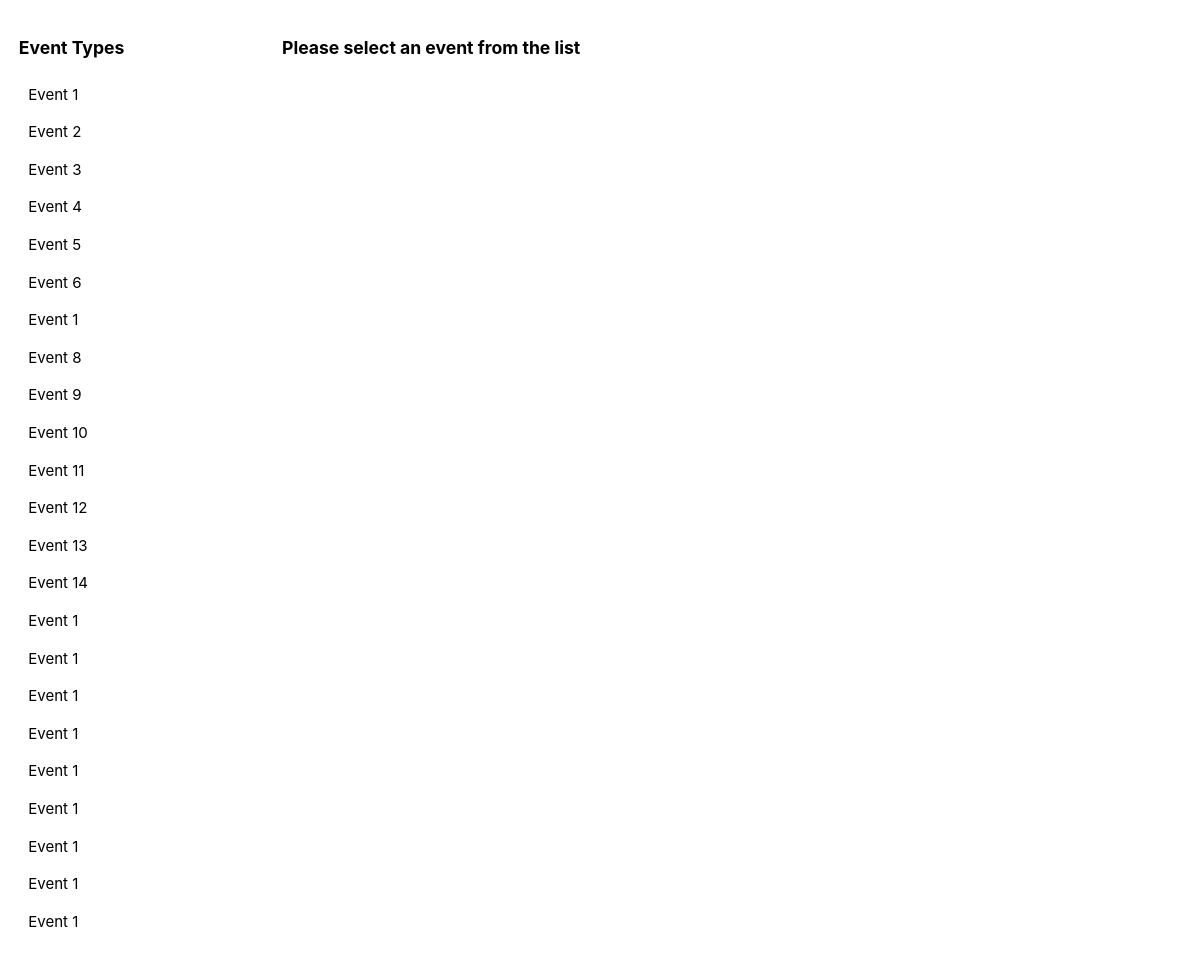
Repository: TauqeerHusain/Assignment
Page: /
These files come from the project's save history. The page is drawn as it stood at one moment and after the next save; the edit follows.
The browser window is 1280 px wide. The pictures show the whole page, at 94% of full size.
The project was rebuilt for these pictures with package versions that can differ from the ones it lists, and the page was loaded fresh each time.

Above is the page before, as saved 2023-02-06 22:09:44.

### src/App.js
import React, { useState } from "react";

const App = () => {
  const [events, setEvents] = useState([
    {
      name: "Event 1",
      date: "01/01/2023",
      location: "New York",
      description: "Description for event 1",
    },
    {
      name: "Event 2",
      date: "02/01/2023",
      location: "Los Angeles",
      description: "Description for event 2",
    },
    {
      name: "Event 3",
      date: "03/01/2023",
      location: "Chicago",
      description: "Description for event 3",
    },
    {
      name: "Event 4",
      date: "04/01/2023",
      location: "Houston",
      description: "Description for event 4",
    },
    {
      name: "Event 5",
      date: "01/02/2023",
      location: "India",
      description: "Description for event 5",
    },
    {
      name: "Event 6",
      date: "01/08/2023",
      location: "Pakistan",
      description: "Description for event 6",
    },
    {
      name: "Event 1",
      date: "01/01/2023",
      location: "New York",
      description: "Description for event 7",
    },
    {
      name: "Event 8",
      date: "06/01/2023",
      location: "New York",
      description: "Description for event 8",
    },
    {
      name: "Event 9",
      date: "09/01/2023",
      location: "New York",
      description: "Description for event 9",
    },
    {
      name: "Event 10",
      date: "01/01/2023",
      location: "New York",
      description: "Description for event 10",
    },
    {
      name: "Event 11",
      date: "01/01/2023",
      location: "New York",
      description: "Description for event 11",
    },
    {
      name: "Event 12",
      date: "01/01/2023",
      location: "New York",
      description: "Description for event 12",
    },
    {
      name: "Event 13",
      date: "01/01/2023",
      location: "New York",
      description: "Description for event 13",
    },
    {
      name: "Event 14",
      date: "01/01/2023",
      location: "New York",
      description: "Description for event 14",
    },
    {
      name: "Event 1",
      date: "01/01/2023",
      location: "New York",
      description: "Description for event 1",
    },
    {
      name: "Event 1",
      date: "01/01/2023",
      location: "New York",
      description: "Description for event 1",
    },
    {
      name: "Event 1",
      date: "01/01/2023",
      location: "New York",
      description: "Description for event 1",
    },
    {
      name: "Event 1",
      date: "01/01/2023",
      location: "New York",
      description: "Description for event 1",
    },
    {
      name: "Event 1",
      date: "01/01/2023",
      location: "New York",
      description: "Description for event 1",
    },
    {
      name: "Event 1",
      date: "01/01/2023",
      location: "New York",
      description: "Description for event 1",
    },
    {
      name: "Event 1",
      date: "01/01/2023",
      location: "New York",
      description: "Description for event 1",
    },
    {
      name: "Event 1",
      date: "01/01/2023",
      location: "New York",
      description: "Description for event 1",
    },
    {
      name: "Event 1",
      date: "01/01/2023",
      location: "New York",
      description: "Description for event 1",
    },
  ]);

  const [selectedEvent, setSelectedEvent] = useState(null);

  const closeTab = () => {
    setSelectedEvent(null);
  };

  return (
    <div style={{ display: "flex", justifyContent: "center" }}>
      <div style={{ width: "20%", padding: "20px" }}>
        <h3>Event Types</h3>
        <ul style={{ listStyleType: "none", padding: 0 }}>
          {events.map((event) => (
            <li
              key={event.name}
              style={{ padding: "10px", cursor: "pointer" }}
              onClick={() => setSelectedEvent(event)}
            >
              {event.name}
            </li>
          ))}
        </ul>
      </div>
      <div style={{ width: "80%", padding: "20px" }}>
        {selectedEvent ? (
          <div
            style={{
              display: "flex",
              justifyContent: "space-between",
              alignItems: "center",
            }}
          >
            <h3>{selectedEvent.name}</h3>
            <div onClick={closeTab} style={{ cursor: "pointer" }}>
              x
            </div>
            <p>Date: {selectedEvent.date}</p>
            <p>Location: {selectedEvent.location}</p>
            <p>Description: {selectedEvent.description}</p>
          </div>
        ) : (
          <h3>Please select an event from the list</h3>
        )}
      </div>
    </div>
  );
};

export default App;

Loaded but not shown: public/index.html (common file); src/index.js (common file); src/index.css (common file); src/reportWebVitals.js (common file)

After the next save:
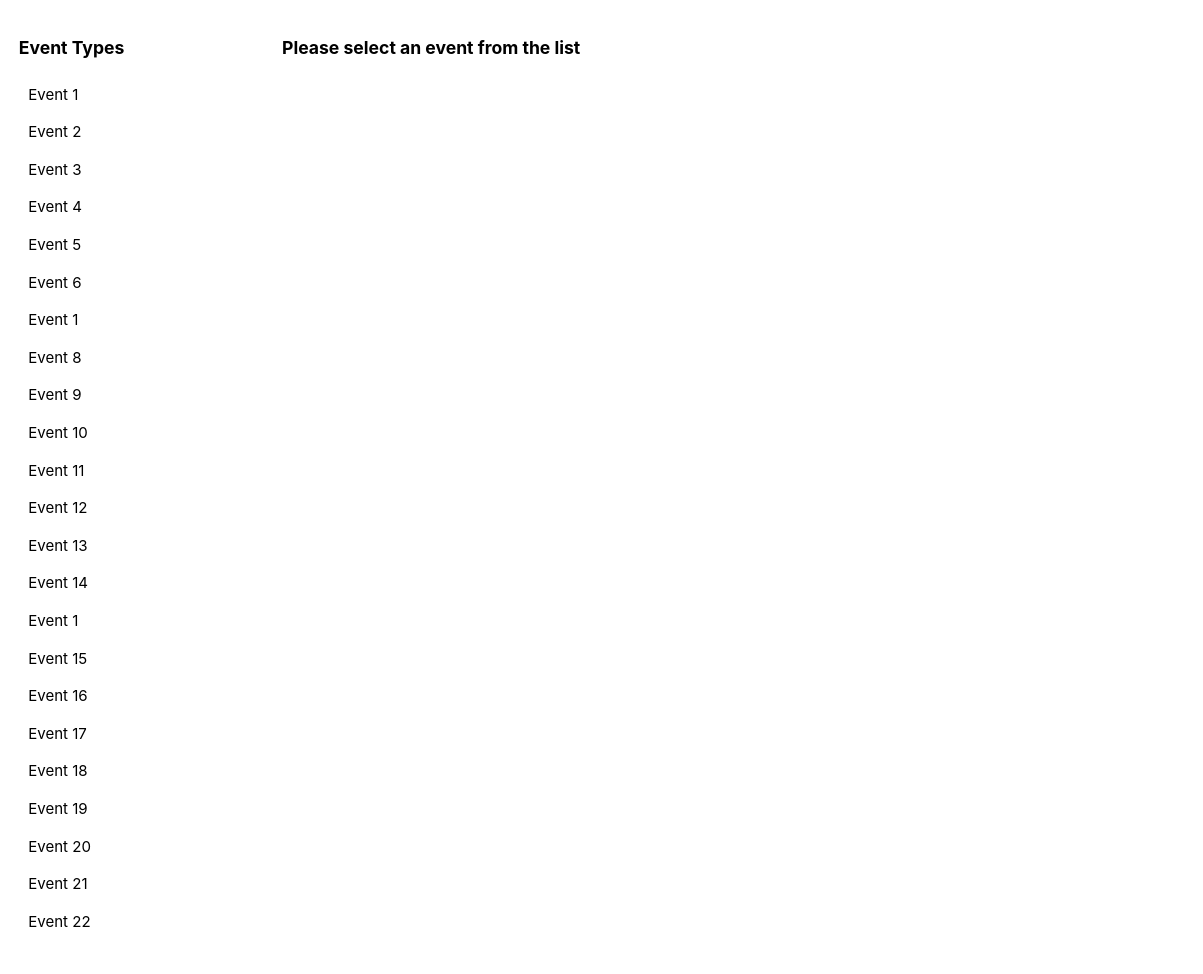
Saved 91 s later.
--- a/src/App.js
+++ b/src/App.js
@@ -93,52 +93,52 @@
       description: "Description for event 1",
     },
     {
-      name: "Event 1",
+      name: "Event 15",
       date: "01/01/2023",
       location: "New York",
-      description: "Description for event 1",
+      description: "Description for event 15",
     },
     {
-      name: "Event 1",
+      name: "Event 16",
       date: "01/01/2023",
       location: "New York",
-      description: "Description for event 1",
+      description: "Description for event 16",
     },
     {
-      name: "Event 1",
+      name: "Event 17",
       date: "01/01/2023",
       location: "New York",
-      description: "Description for event 1",
+      description: "Description for event 17",
     },
     {
-      name: "Event 1",
+      name: "Event 18",
       date: "01/01/2023",
       location: "New York",
-      description: "Description for event 1",
+      description: "Description for event 18",
     },
     {
-      name: "Event 1",
+      name: "Event 19",
       date: "01/01/2023",
       location: "New York",
-      description: "Description for event 1",
+      description: "Description for event 19",
     },
     {
-      name: "Event 1",
+      name: "Event 20",
       date: "01/01/2023",
       location: "New York",
-      description: "Description for event 1",
+      description: "Description for event 20",
     },
     {
-      name: "Event 1",
+      name: "Event 21",
       date: "01/01/2023",
       location: "New York",
-      description: "Description for event 1",
+      description: "Description for event 21",
     },
     {
-      name: "Event 1",
+      name: "Event 22",
       date: "01/01/2023",
       location: "New York",
-      description: "Description for event 1",
+      description: "Description for event 22",
     },
   ]);
 
